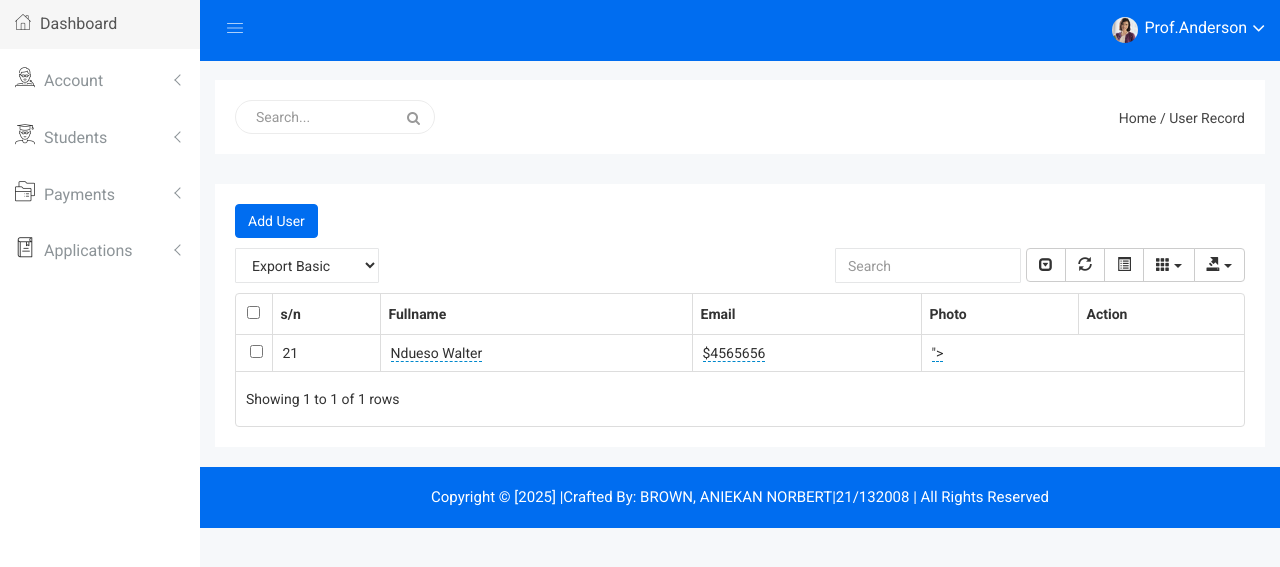
Repository: walterjnr1/crowdfunding-system
Page: http://localhost/Admin/user_record.php
The author's editor kept a copy of each file at every save. The page is drawn from the files as they stood at one save, then again after a run of saves.
The browser window is 1280 px wide. The pictures show the whole page.
The page is run by PHP 8.4 with error messages shown; the project is at /var/www/html/. Other server files are loaded and not shown.

Above is the page before, as saved 2025-02-20 11:31:43.
Console error (its wording comes from the project's code and is left out).

### Admin/user_record.php
<!doctype html>
<html class="no-js" lang="en">

<head>
<title>User Record  | Kiaalap - Kiaalap Admin Template</title>

    <?php include 'head.php'; ?>
</head>
<body>
    <!--[if lt IE 8]>
		<p class="browserupgrade">You are using an <strong>outdated</strong> browser. Please <a href="http://browsehappy.com/">upgrade your browser</a> to improve your experience.</p>
	<![endif]-->
    <!-- Start Left menu area -->
    <div class="left-sidebar-pro">
        <nav id="sidebar" class="">
            <div class="sidebar-header">
                <a href="index.php"></a>
                <strong><a href="index.php"></a></strong>            </div>
            <div class="left-custom-menu-adp-wrap comment-scrollbar">

                <?php include 'sidebar_main.php'; ?>

            </div>
        </nav>
    </div>
    <!-- End Left menu area -->
    <!-- Start Welcome area -->
    <div class="all-content-wrapper">
        <div class="container-fluid">
            <div class="row">
                <div class="col-lg-12 col-md-12 col-sm-12 col-xs-12">
                    <div class="logo-pro">
                        <a href="index.php"><img class="main-logo" src="img/logo/logo.png" alt="" /></a>
                    </div>
                </div>
            </div>
        </div>
        <div class="header-advance-area">
        <div class="header-top-area">
                <div class="container-fluid">
                    <div class="row">
                        <div class="col-lg-12 col-md-12 col-sm-12 col-xs-12">
                            <div class="header-top-wraper">
                                <?php include 'header.php'; ?>
                            </div>
                        </div>
                    </div>
                </div>
            </div>
            <!-- Mobile Menu start -->
            <div class="mobile-menu-area">
                <div class="container">
                    <div class="row">
                        <div class="col-lg-12 col-md-12 col-sm-12 col-xs-12">
                            <div class="mobile-menu">
                                <?php include 'sidebar_mobile.php'; ?>
                            </div>
                        </div>
                    </div>
                </div>
            </div>
            <!-- Mobile Menu end -->
            <div class="breadcome-area">
                <div class="container-fluid">
                    <div class="row">
                        <div class="col-lg-12 col-md-12 col-sm-12 col-xs-12">
                            <div class="breadcome-list single-page-breadcome">
                                <div class="row">
                                    <div class="col-lg-6 col-md-6 col-sm-6 col-xs-12">
                                        <div class="breadcome-heading">
                                            <form role="search" class="sr-input-func">
                                                <input type="text" placeholder="Search..." class="search-int form-control">
                                                <a href="#"><i class="fa fa-search"></i></a>
                                            </form>
                                        </div>
                                    </div>
                                    <div class="col-lg-6 col-md-6 col-sm-6 col-xs-12">
                                        <ul class="breadcome-menu">
                                            <li><a href="#">Home</a> <span class="bread-slash">/</span>
                                            </li>
                                            <li><span class="bread-blod">User Record</span>
                                            </li>
                                        </ul>
                                    </div>
                                </div>
                            </div>
                        </div>
                    </div>
                </div>
            </div>
        </div>
        <!-- Static Table Start -->
        <div class="data-table-area mg-b-15">
            <div class="container-fluid">
                <div class="row">
                    <div class="col-lg-12 col-md-12 col-sm-12 col-xs-12">
                        <div class="sparkline13-list">
                            <div class="sparkline13-hd">
                                <div class="main-sparkline13-hd">
                                <button onclick="window.location.href='add_user.php';" class="btn btn-primary waves-effect waves-light">Add User</button>

</div>
                            </div>
                            <div class="sparkline13-graph">
                                <div class="datatable-dashv1-list custom-datatable-overright">
                                    <div id="toolbar">
                                        <select class="form-control dt-tb">
											<option value="">Export Basic</option>
											<option value="all">Export All</option>
											<option value="selected">Export Selected</option>
										</select>
                                    </div>
                                    <table id="table" data-toggle="table" data-pagination="true" data-search="true" data-show-columns="true" data-show-pagination-switch="true" data-show-refresh="true" data-key-events="true" data-show-toggle="true" data-resizable="true" data-cookie="true"
                                        data-cookie-id-table="saveId" data-show-export="true" data-click-to-select="true" data-toolbar="#toolbar">
                                        <thead>
                                            <tr>
                                                <th data-field="state" data-checkbox="true"></th>
                                                <th data-field="id">s/n</th>
                                                <th data-field="name" data-editable="true">Fullname</th>
                                                <th data-field="email" data-editable="true">Email</th>
                                                <th data-field="date" data-editable="true">Photo</th>
                                                <th data-field="action">Action</th>
                                            </tr>
                                        </thead>
                                        <tbody>


                                             <tr>
                                                <td></td>
                                                <td>21</td>
                                                 <td>Ndueso Walter</td>
                                                <td>$4565656</td>
                                                <td class="datatable-ct"><i class="fa fa-check"></i></td>

                                            </tr>
                                        </tbody>
                                    </table>
                                </div>
                            </div>
                        </div>
                    </div>
                </div>
            </div>
        </div>

        <?php include('../inc/footer_admin.php'); ?>

</div>

<?php include('bottom_script.php'); ?>
</body>

</html>

### Admin/head.php
<link href="https://fonts.googleapis.com/css?family=Roboto:100,300,400,700,900" rel="stylesheet">
    <!-- Bootstrap CSS
		============================================ -->
    <link rel="stylesheet" href="css/bootstrap.min.css">
    <!-- Bootstrap CSS
		============================================ -->
    <link rel="stylesheet" href="css/font-awesome.min.css">
    <!-- owl.carousel CSS
		============================================ -->
    <link rel="stylesheet" href="css/owl.carousel.css">
    <link rel="stylesheet" href="css/owl.theme.css">
    <link rel="stylesheet" href="css/owl.transitions.css">
    <!-- animate CSS
		============================================ -->
    <link rel="stylesheet" href="css/animate.css">
    <!-- normalize CSS
		============================================ -->
    <link rel="stylesheet" href="css/normalize.css">
    <!-- meanmenu icon CSS
		============================================ -->
    <link rel="stylesheet" href="css/meanmenu.min.css">
    <!-- main CSS
		============================================ -->
    <link rel="stylesheet" href="css/main.css">
    <!-- educate icon CSS
		============================================ -->
    <link rel="stylesheet" href="css/educate-custon-icon.css">
    <!-- morrisjs CSS
		============================================ -->
    <link rel="stylesheet" href="css/morrisjs/morris.css">
    <!-- mCustomScrollbar CSS
		============================================ -->
    <link rel="stylesheet" href="css/scrollbar/jquery.mCustomScrollbar.min.css">
    <!-- metisMenu CSS
		============================================ -->
    <link rel="stylesheet" href="css/metisMenu/metisMenu.min.css">
    <link rel="stylesheet" href="css/metisMenu/metisMenu-vertical.css">
    <!-- calendar CSS
		============================================ -->
    <link rel="stylesheet" href="css/calendar/fullcalendar.min.css">
    <link rel="stylesheet" href="css/calendar/fullcalendar.print.min.css">
    <!-- x-editor CSS
		============================================ -->
    <link rel="stylesheet" href="css/editor/select2.css">
    <link rel="stylesheet" href="css/editor/datetimepicker.css">
    <link rel="stylesheet" href="css/editor/bootstrap-editable.css">
    <link rel="stylesheet" href="css/editor/x-editor-style.css">
    <!-- normalize CSS
		============================================ -->
    <link rel="stylesheet" href="css/data-table/bootstrap-table.css">
    <link rel="stylesheet" href="css/data-table/bootstrap-editable.css">
    <!-- style CSS
		============================================ -->
    <link rel="stylesheet" href="style.css">
    <!-- responsive CSS
		============================================ -->
    <link rel="stylesheet" href="css/responsive.css">
    <!-- modernizr JS
		============================================ -->
    <script src="js/vendor/modernizr-2.8.3.min.js"></script>
    <link rel="icon" type="image/png" sizes="16x16" href="../uploadImage/Logo/logo.png">

### Admin/sidebar_main.php
<nav class="sidebar-nav left-sidebar-menu-pro">
                    <ul class="metismenu" id="menu1">
                    <li class="active">
                            <a title="Home Page" href="#" aria-expanded="false"><span class="educate-icon educate-home icon-wrap sub-icon-mg" aria-hidden="true"></span> <span class="mini-click-non">Dashboard</span></a>
                         </li>

                        <li>
                            <a class="has-arrow" href="#" aria-expanded="false"><span class="educate-icon educate-professor icon-wrap"></span> <span class="mini-click-non">Account</span></a>
                            <ul class="submenu-angle" aria-expanded="false">
                                <li><a title="Add User" href="add_user.php"><span class="mini-sub-pro">Add User</span></a></li>
                                <li><a title="User Record" href="user_record.php"><span class="mini-sub-pro">All User</span></a></li>
                            </ul>
                        </li>
                        <li>
                            <a class="has-arrow" href="#" aria-expanded="false"><span class="educate-icon educate-student icon-wrap"></span> <span class="mini-click-non">Students</span></a>
                            <ul class="submenu-angle" aria-expanded="false">
                                <li><a title="Add Students" href="add_student.php"><span class="mini-sub-pro">Add Student</span></a></li>
                                <li><a title="Edit Students" href="edit_student.php"><span class="mini-sub-pro">Edit Student</span></a></li>
                                <li><a title="Students Record" href="student_record.php"><span class="mini-sub-pro">All Student</span></a></li>
                            </ul>
                        </li>
                        <li>
                            <a class="has-arrow" href="#" aria-expanded="false"><span class="educate-icon educate-course icon-wrap"></span> <span class="mini-click-non">Payments</span></a>
                            <ul class="submenu-angle" aria-expanded="false">
                                <li><a title="All Payment" href="payment_record.php"><span class="mini-sub-pro">All Payment</span></a></li>
                            </ul>
                        </li>
                        <li>
                            <a class="has-arrow" href="#" aria-expanded="false"><span class="educate-icon educate-library icon-wrap"></span> <span class="mini-click-non">Applications</span></a>
                            <ul class="submenu-angle" aria-expanded="false">
                                <li><a title="All Application" href="application_record.php"><span class="mini-sub-pro">All Application</span></a></li>

                            </ul>
                        </li>


                    </ul>
                </nav>

### Admin/header.php
<div class="row">
                                    <div class="col-lg-1 col-md-0 col-sm-1 col-xs-12">
                                        <div class="menu-switcher-pro">
                                            <button type="button" id="sidebarCollapse" class="btn bar-button-pro header-drl-controller-btn btn-info navbar-btn">
													<i class="educate-icon educate-nav"></i>
												</button>
                                        </div>
                                    </div>
                                    <div class="col-lg-6 col-md-7 col-sm-6 col-xs-12">
                                        <div class="header-top-menu tabl-d-n">

                                        </div>
                                    </div>
                                    <div class="col-lg-5 col-md-5 col-sm-12 col-xs-12">
                                        <div class="header-right-info">
                                            <ul class="nav navbar-nav mai-top-nav header-right-menu">


                                                <li class="nav-item">
                                                    <a href="#" data-toggle="dropdown" role="button" aria-expanded="false" class="nav-link dropdown-toggle">
															<img src="img/product/pro4.jpg" alt="" />
															<span class="admin-name">Prof.Anderson</span>
															<i class="fa fa-angle-down edu-icon edu-down-arrow"></i>
														</a>
                                                    <ul role="menu" class="dropdown-header-top author-log dropdown-menu animated zoomIn">

                                                        <li><a href="#"><span class="edu-icon edu-user-rounded author-log-ic"></span>My Profile</a>
                                                        </li>
                                                        <li><a href="#"><span class="edu-icon edu-money author-log-ic"></span>Change Password</a>
                                                        </li>
                                                        </li>
                                                        <li><a href="#"><span class="edu-icon edu-locked author-log-ic"></span>Log Out</a>
                                                        </li>
                                                    </ul>
                                                </li>


                                                </li>
                                            </ul>
                                        </div>
                                    </div>
                                </div>

### inc/footer_Admin.php
<div class="footer-copyright-area">
            <div class="container-fluid">
                <div class="row">
                    <div class="col-lg-12">
                        <div class="footer-copy-right">
                            <p>Copyright &copy; [<?php echo date("Y")?>] |Crafted By: BROWN, ANIEKAN NORBERT|21/132008 | All Rights Reserved</p>
                        </div>
                    </div>
                </div>
            </div>
        </div>

### Admin/bottom_script.php
 <!-- jquery
		============================================ -->
        <script src="js/vendor/jquery-1.12.4.min.js"></script>
    <!-- bootstrap JS
		============================================ -->
    <script src="js/bootstrap.min.js"></script>
    <!-- wow JS
		============================================ -->
    <script src="js/wow.min.js"></script>
    <!-- price-slider JS
		============================================ -->
    <script src="js/jquery-price-slider.js"></script>
    <!-- meanmenu JS
		============================================ -->
    <script src="js/jquery.meanmenu.js"></script>
    <!-- owl.carousel JS
		============================================ -->
    <script src="js/owl.carousel.min.js"></script>
    <!-- sticky JS
		============================================ -->
    <script src="js/jquery.sticky.js"></script>
    <!-- scrollUp JS
		============================================ -->
    <script src="js/jquery.scrollUp.min.js"></script>
    <!-- counterup JS
		============================================ -->
    <script src="js/counterup/jquery.counterup.min.js"></script>
    <script src="js/counterup/waypoints.min.js"></script>
    <script src="js/counterup/counterup-active.js"></script>
    <!-- mCustomScrollbar JS
		============================================ -->
    <script src="js/scrollbar/jquery.mCustomScrollbar.concat.min.js"></script>
    <script src="js/scrollbar/mCustomScrollbar-active.js"></script>
    <!-- metisMenu JS
		============================================ -->
    <script src="js/metisMenu/metisMenu.min.js"></script>
    <script src="js/metisMenu/metisMenu-active.js"></script>
    <!-- morrisjs JS
		============================================ -->
    <script src="js/morrisjs/raphael-min.js"></script>
    <script src="js/morrisjs/morris.js"></script>
    <script src="js/morrisjs/morris-active.js"></script>
    <!-- morrisjs JS
		============================================ -->
    <script src="js/sparkline/jquery.sparkline.min.js"></script>
    <script src="js/sparkline/jquery.charts-sparkline.js"></script>
    <script src="js/sparkline/sparkline-active.js"></script>

    <!-- plugins JS
		============================================ -->
    <script src="js/plugins.js"></script>
    <!-- main JS
		============================================ -->
    <script src="js/main.js"></script>
    <!-- data table JS
		============================================ -->
    <script src="js/data-table/bootstrap-table.js"></script>
    <script src="js/data-table/tableExport.js"></script>
    <script src="js/data-table/data-table-active.js"></script>
    <script src="js/data-table/bootstrap-table-editable.js"></script>
    <script src="js/data-table/bootstrap-editable.js"></script>
    <script src="js/data-table/bootstrap-table-resizable.js"></script>
    <script src="js/data-table/colResizable-1.5.source.js"></script>
    <script src="js/data-table/bootstrap-table-export.js"></script>

### Admin/css/educate-custon-icon.css
@font-face {
  font-family: 'educate-icon';
  src:
    url('fonts/educate-icon.ttf?kufm5h') format('truetype'),
    url('fonts/educate-icon.woff?kufm5h') format('woff'),
    url('fonts/educate-icon.svg?kufm5h#educate-icon') format('svg');
  font-weight: normal;
  font-style: normal;
}

.educate-icon {
  /* use !important to prevent issues with browser extensions that change fonts */
  font-family: 'educate-icon' !important;
  speak: none;
  font-style: normal;
  font-weight: normal;
  font-variant: normal;
  text-transform: none;
  line-height: 1;

  /* Better Font Rendering =========== */
  -webkit-font-smoothing: antialiased;
  -moz-osx-font-smoothing: grayscale;
}

.educate-danger:before {
  content: "\e91b";
}
.educate-info:before {
  content: "\e91c";
}
.educate-warning:before {
  content: "\e91d";
}
.educate-star:before {
  content: "\e919";
}
.educate-star-half:before {
  content: "\e91a";
}
.educate-apps:before {
  content: "\e900";
}
.educate-bell:before {
  content: "\e901";
}
.educate-charts:before {
  content: "\e902";
}
.educate-checked:before {
  content: "\e903";
}
.educate-cloud:before {
  content: "\e904";
}
.educate-comment:before {
  content: "\e905";
}
.educate-course:before {
  content: "\e906";
}
.educate-data-table:before {
  content: "\e907";
}
.educate-department:before {
  content: "\e908";
}
.educate-event:before {
  content: "\e909";
}
.educate-form:before {
  content: "\e90a";
}
.educate-home:before {
  content: "\e90b";
}
.educate-interface:before {
  content: "\e90c";
}
.educate-landing:before {
  content: "\e90d";
}
.educate-library:before {
  content: "\e90e";
}
.educate-menu:before {
  content: "\e90f";
}
.educate-message:before {
  content: "\e910";
}
.educate-miscellanous:before {
  content: "\e911";
}
.educate-nav:before {
  content: "\e912";
}
.educate-pages:before {
  content: "\e913";
}
.educate-professor:before {
  content: "\e914";
}
.educate-project:before {
  content: "\e915";
}
.educate-search:before {
  content: "\e916";
}
.educate-settings:before {
  content: "\e917";
}
.educate-student:before {
  content: "\e918";
}
.educate-price-tag:before {
  content: "\e935";
}
.educate-price-tags:before {
  content: "\e936";
}

### Admin/css/metisMenu/metisMenu-vertical.css
.sidebar-nav {
    background: #fff;
}
.sidebar-nav ul {
    padding: 0;
    margin: 0;
    list-style: none;
    background: #f5f5f5;
}
.sidebar-nav .metismenu {
    background: #fff;
    display: -webkit-box;
    display: -ms-flexbox;
    display: flex;
    -webkit-box-orient: vertical;
    -webkit-box-direction: normal;
    -ms-flex-direction: column;
    flex-direction: column;
}
.sidebar-nav .metismenu li + li {
  margin-top: 5px;
}
.sidebar-nav .metismenu li:last-child {
  margin-bottom: 5px;
}
.sidebar-nav .metismenu > li {
/*    -webkit-box-flex: 1;
    -ms-flex: 1 1 0%;
    flex: 1 1 0%;*/
    display: -webkit-box;
    display: -ms-flexbox;
    display: flex;
    -webkit-box-orient: vertical;
    -webkit-box-direction: normal;
    -ms-flex-direction: column;
    flex-direction: column;
    position: relative;
}
.sidebar-nav .metismenu a {
    position: relative;
    display: block;
    padding: 13px 15px;
    color: #444;
    outline-width: 0;
    transition: all .3s ease-out;
	font-size:16px;
	font-weight:400;
}

.sidebar-nav .metismenu ul a {
    padding: 10px 15px 10px 40px;
}

.sidebar-nav .metismenu ul ul a {
    padding: 10px 15px 10px 45px;
}
.sidebar-nav .metismenu a:hover,
.sidebar-nav .metismenu a:focus,
.sidebar-nav .metismenu a:active {
    color: #555;
    text-decoration: none;
    background: #e12503;
}
.sidebar-nav .metismenu li .icon-wrap{
	margin-right:5px;
	font-size:20px;
	color:#303030;
}
.sidebar-nav .metismenu li .sub-icon-mg{
	margin-right:5px;
	font-size:16px;
}
#sidebar.active .metismenu li .mini-click-non{
	display:none;
}
#sidebar.active .metismenu li .has-arrow:after{
	display:none;
}
#sidebar.active .metismenu li .submenu-angle li a {
    padding: 10px 20px 10px 20px;
}

Loaded but not shown: Admin/css/bootstrap.min.css (library); Admin/css/font-awesome.min.css (library); Admin/css/owl.carousel.css (common file); Admin/css/owl.theme.css (common file); Admin/css/owl.transitions.css (library); Admin/css/animate.css (library); Admin/css/normalize.css (library); Admin/css/meanmenu.min.css (common file); Admin/css/morrisjs/morris.css (common file); Admin/css/scrollbar/jquery.mCustomScrollbar.min.css (library); Admin/css/metisMenu/metisMenu.min.css (common file); Admin/css/calendar/fullcalendar.min.css (library); Admin/css/calendar/fullcalendar.print.min.css (common file); Admin/css/editor/select2.css (common file); Admin/css/editor/bootstrap-editable.css (library); Admin/css/data-table/bootstrap-table.css (library); Admin/css/data-table/bootstrap-editable.css (library); Admin/js/bootstrap.min.js (library); Admin/js/wow.min.js (library); Admin/js/jquery-price-slider.js (library); Admin/js/jquery.meanmenu.js (library); Admin/js/owl.carousel.min.js (library); Admin/js/jquery.sticky.js (library); Admin/js/jquery.scrollUp.min.js (common file); Admin/js/counterup/jquery.counterup.min.js (common file); Admin/js/counterup/waypoints.min.js (library); Admin/js/counterup/counterup-active.js (common file); Admin/js/scrollbar/jquery.mCustomScrollbar.concat.min.js (library); Admin/js/metisMenu/metisMenu.min.js (library); Admin/js/metisMenu/metisMenu-active.js (common file); Admin/js/morrisjs/raphael-min.js (library); Admin/js/sparkline/jquery.sparkline.min.js (library); Admin/js/sparkline/jquery.charts-sparkline.js (library); Admin/js/data-table/bootstrap-table.js (library); Admin/js/data-table/data-table-active.js (common file); Admin/js/data-table/bootstrap-table-editable.js (library); Admin/js/data-table/bootstrap-editable.js (library); Admin/js/data-table/bootstrap-table-resizable.js (common file); Admin/js/data-table/bootstrap-table-export.js (library); Admin/js/data-table/tableExport.js (2097 lines, source omitted); Admin/js/morrisjs/morris.js (1892 lines, source omitted); Admin/js/data-table/colResizable-1.5.source.js (366 lines, source omitted); Admin/js/sparkline/sparkline-active.js (146 lines, source omitted); Admin/js/main.js (100 lines, source omitted); Admin/js/morrisjs/morris-active.js (109 lines, source omitted); Admin/js/scrollbar/mCustomScrollbar-active.js (58 lines, source omitted); Admin/js/plugins.js (24 lines, source omitted); Admin/style.css (4721 lines, source omitted); Admin/css/responsive.css (755 lines, source omitted); Admin/sidebar_mobile.php (174 lines, source omitted); Admin/css/editor/datetimepicker.css (366 lines, source omitted); Admin/css/main.css (280 lines, source omitted); Admin/css/editor/x-editor-style.css (106 lines, source omitted)

After the next 2 saves:
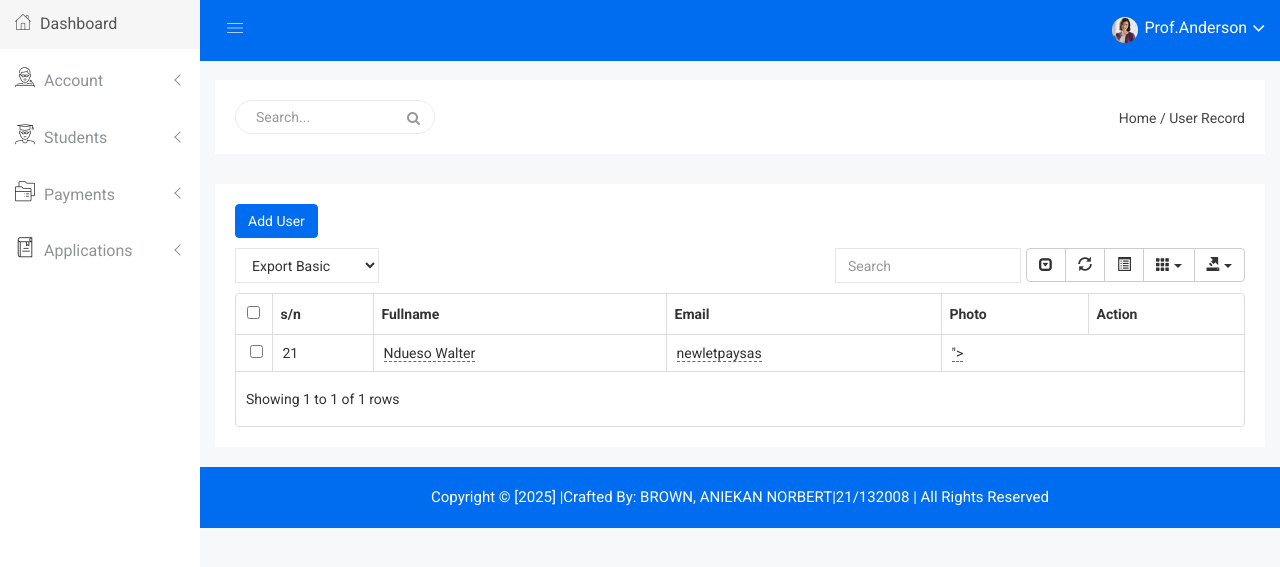
The 2 saves are shown as one change because they came seconds apart.
The last was saved 9 s later.
--- a/Admin/user_record.php
+++ b/Admin/user_record.php
@@ -129,7 +129,7 @@
                                                 <td></td>
                                                 <td>21</td>
                                                  <td>Ndueso Walter</td>
-                                                <td>$4565656</td>
+                                                <td>newletpaysas</td>
                                                 <td class="datatable-ct"><i class="fa fa-check"></i></td>
 
                                             </tr>
